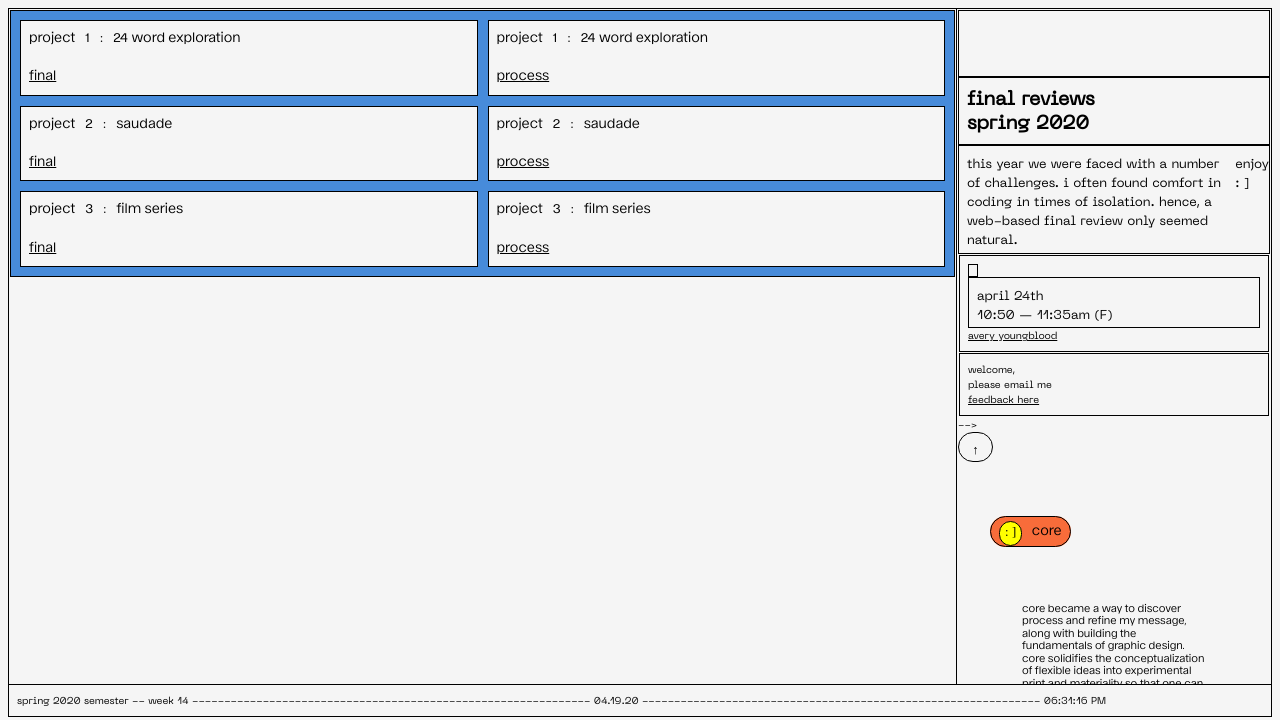
Repository: ayoungblood2/Spring-Semester-2020
Page: index v2/classes/core.html
An editor plug-in stored every save of this project. The page is shown before and after the next save, followed by the edit.
The browser window is 1280 px wide. The pictures show the whole page.
Some web libraries are served in a nearby version.

Above is the page before, as saved 2020-04-19 19:45:48.

### index v2/classes/core.html
<html lang="en">

    <head>

        <meta charset="UTF-8">
        <meta name="viewport" content="width=device-width, initial-scale=1.0">
        <meta http-equiv="X-UA-Compatible" content="ie=edge">
        <link rel="stylesheet" href="/index v2/assets/css/main.css">

        <link rel="apple-touch-icon" sizes="180x180" href="/index v2/assets/icon/favicon_io/apple-touch-icon.png">
        <link rel="icon" type="image/png" sizes="32x32" href="/index v2/assets/icon/favicon_io/favicon-32x32.png">
        <link rel="icon" type="image/png" sizes="16x16" href="/index v2/assets/icon/favicon_io/favicon-16x16.png">

        <!-- <META HTTP-EQUIV="refresh" CONTENT="5; URL=http://127.0.0.1:5500/index%20v2/index2.html"> -->


        <title> : ] [ :</title>


    </head>

    <body class="none">


        <div id="coords" data-html2canvas-ignore="true" style="color: black; top: 747px; left: 58px;">click(48,737)
        </div>


        <main class="Main">

            <!-- <header class="PageHeader PageHeader--home">

                <section class="PageHeader-classInfo">
                    april 24th
                    <br>10:50 — 11:35am (F)
                    <br><a href="https://www.art.yale.edu/AveryYoungblood" target="_blank"
                        class="PageHeader--link">avery
                        youngblood</a>
                </section>
            </header>

            <header class="PageHeader PageHeader--home">
                <section class="PageHeader-classInfo">
                    welcome,
                    <br> please email me
                    <br><a href="avery.youngblood@yale.edu" class="PageHeader--link">feedback here</a>
                </section>
            </header> -->




            <header class="grid-container">
                <a href="/index v2/classes/core-prct1-1.html" class="PageHeader--link--2">
                    <section class="grid-item">
                        project&nbsp;&nbsp;&nbsp;1&nbsp;&nbsp;&nbsp;:&nbsp;&nbsp;&nbsp;24 word
                        exploration
                        <br>&nbsp;
                        <br><span style="text-decoration: underline;">final</span>
                    </section>
                </a>

                <a href="/index v2/classes/core-prct1-2.html" class="PageHeader--link--2">
                    <section class="grid-item">
                        project&nbsp;&nbsp;&nbsp;1&nbsp;&nbsp;&nbsp;:&nbsp;&nbsp;&nbsp;24 word
                        exploration
                        <br>&nbsp;
                        <br><span style="text-decoration: underline;">process</span>
                    </section>
                </a>

                <a href="/index v2/classes/core-prct2-1.html" class="PageHeader--link--2">
                    <section class="grid-item">
                        project&nbsp;&nbsp;&nbsp;2&nbsp;&nbsp;&nbsp;:&nbsp;&nbsp;&nbsp;saudade
                        <br>&nbsp;
                        <br><span style="text-decoration: underline;">final</span>
                    </section>
                </a>

                <a href="/index v2/classes/core-prct2-2.html" class="PageHeader--link--2">
                    <section class="grid-item">
                        project&nbsp;&nbsp;&nbsp;2&nbsp;&nbsp;&nbsp;:&nbsp;&nbsp;&nbsp;saudade
                        <br>&nbsp;
                        <br><span style="text-decoration: underline;">process</span>
                    </section>
                </a>

                <a href="/index v2/classes/core-prct3-1.html" class="PageHeader--link--2">
                    <section class="grid-item">
                        project&nbsp;&nbsp;&nbsp;3&nbsp;&nbsp;&nbsp;:&nbsp;&nbsp;&nbsp;film series
                        <br>&nbsp;
                        <br><span style="text-decoration: underline;">final</span>
                    </section>
                </a>

                <a href="/index v2/classes/core-prct3-2.html" class="PageHeader--link--2">
                    <section class="grid-item">
                        project&nbsp;&nbsp;&nbsp;3&nbsp;&nbsp;&nbsp;:&nbsp;&nbsp;&nbsp;film series
                        <br>&nbsp;
                        <br><span style="text-decoration: underline;">process</span>
                    </section>
                </a>

            </header>

        </main>





        <header class="Header">

            <a href="/index v2/index2.html" class="Header-link">
                <div class="wrapper">

                    <span class="Header-title">
                        <h2>
                            <span class="Header-span">final reviews</span>
                            <span class="Header-span">spring 2020</span></h2>
                        <br>
                        <div class="content">
                            <p> this year we were faced with a number of challenges.
                                i often found comfort in coding in times of isolation.
                                hence, a web-based final review only seemed natural. </p>
                            <p> enjoy : ] </p>

                    </span>
                    </span>
                    <header class="PageHeader PageHeader--home">

                        <section class="PageHeader-classInfo">
                            april 24th
                            <br>10:50 — 11:35am (F)
                            <br><a href="https://www.art.yale.edu/AveryYoungblood" target="_blank" class="PageHeader--link">avery
                                youngblood</a>
                        </section>
                    </header>

                    <header class="PageHeader PageHeader--home">
                        <section class="PageHeader-classInfo">
                            welcome,
                            <br> please email me
                            <br><a href="avery.youngblood@yale.edu" class="PageHeader--link">feedback here</a>
                        </section>
                    </header> -->
                </div>

                </div>
                <button onClick="window.location.href=window.location.href" class="Header-arrow">
                    ↑
                </button>


            </a>


            <nav class="Nav is-home">

                <ul class="Nav-list">

                    <li class="Nav-item ">
                        <span>
                            <a href="/index v2/index2.html" class="Nav-link-2" href="#" data-target="core">
                                core
                            </a>
                        </span>
                        <img src="/index v2/classes/core/project1/Avery_Slang_BW.png"
                            style="width:150%;transform:rotate(20deg);" class="page-header" />

                    </li>

                    <li class="more">
                        core became a way to discover process and refine my message, along with building the
                        fundamentals of graphic design.
                        core solidifies the conceptualization of flexible ideas into experimental print and
                        materiality so that one can understand the motive behind your own work.
                        <br><br><br>
                        <p>--&nbsp;&nbsp;project&nbsp;&nbsp;&nbsp;1&nbsp;&nbsp;&nbsp;:&nbsp;&nbsp;&nbsp;24 word
                            exploration</p>
                        <br>
                        <p>--&nbsp;&nbsp;project&nbsp;&nbsp;2&nbsp;&nbsp;&nbsp;:&nbsp;&nbsp;&nbsp;saudade event</p>
                        <br>
                        <p>--&nbsp;&nbsp;project&nbsp;&nbsp;3&nbsp;&nbsp;&nbsp;:&nbsp;&nbsp;&nbsp;film posters</p>
                    </li>





                    <li class="Nav-item ">
                        <span>
                            <a href="open projects on left-hand side and make smile icon big"
                                class="Nav-link view-more view-less" href="#" data-target="history">
                                history
                            </a>
                        </span>
                        <img src="/index v2/classes/history/other images/event_default_31_1.jpg"
                            style="width:60%;transform:rotate(-50deg);margin:50px;" />
                        <ul id="history" class="viewing-less">

                            <li class="more">
                                this semester history provided me with context for design. instead of conceptualizing
                                from
                                personal ideation,
                                my process became reversed in history of graphic design. i found myself working from
                                historical references first,
                                then contextualizing into my own design language.
                                <br><br><br>
                                <p>--&nbsp;&nbsp;project&nbsp;&nbsp;&nbsp;1&nbsp;&nbsp;&nbsp;:&nbsp;&nbsp;&nbsp;sf
                                    psychedelic rock posters</p>
                                <br>
                                <p>--&nbsp;&nbsp;project&nbsp;&nbsp;2&nbsp;&nbsp;&nbsp;:&nbsp;&nbsp;&nbsp;designer
                                    accordion
                                </p>
                                <br>
                                <p>--&nbsp;&nbsp;project&nbsp;&nbsp;3&nbsp;&nbsp;&nbsp;:&nbsp;&nbsp;&nbsp;reading</p>
                                <br>
                                <p>--&nbsp;&nbsp;project&nbsp;&nbsp;4&nbsp;&nbsp;&nbsp;:&nbsp;&nbsp;&nbsp;research &
                                    resources</p>
                            </li>
                        </ul>
                    </li>


                    <li class="Nav-item ">
                        <span>
                            <a href="open projects on left-hand side and make smile icon big"
                                class="Nav-link view-more view-less" href="#" data-target="interact">
                                interactive
                            </a>
                        </span>
                        <img src="/index v2/classes/interactive/web-as-site.png"
                            style="width:70%;transform:rotate(2deg);margin-top:300px;margin-left:300px;" />
                        <ul id="interact" class="viewing-less">

                            <li class="more">
                                we covered a lot in interactive this semester.
                                i've been actively learning HTML, CSS, and JavaScript, and experimenting ways to
                                introduce
                                these methods into my everyday studio practice.
                                the readings we had about the internet and the relationship to
                                embodied experience were eye-opening discussions.
                                everything of what i thought web-design "should-be" vanished. all expectations and
                                rules,
                                gone.
                                i learned there is a space for art in the web-space.
                                i appreciate the freedom of expression and encouragement of creativity from
                                conceptually-driven prompts in this class.
                                i want to incorporate this new perspective of organizing and translating design/process
                                into
                                an interactive space.
                                <br><br><br>
                                <p>--&nbsp;&nbsp;project&nbsp;&nbsp;&nbsp;1&nbsp;&nbsp;&nbsp;:&nbsp;&nbsp;&nbsp;list</p>
                                <br>
                                <p>--&nbsp;&nbsp;project&nbsp;&nbsp;2&nbsp;&nbsp;&nbsp;:&nbsp;&nbsp;&nbsp;clock</p>
                                <br>
                                <p>--&nbsp;&nbsp;project&nbsp;&nbsp;3&nbsp;&nbsp;&nbsp;:&nbsp;&nbsp;&nbsp;reading &
                                    resources</p>
                            </li>
                        </ul>
                    </li>


                    <li class="Nav-item ">
                        <span>
                            <a href="open projects on left-hand side and make smile icon big"
                                class="Nav-link view-more view-less" href="#" data-target="print">
                                printmaking
                            </a>
                        </span>
                        <img src="/index v2/classes/printmaking/reference pics/Screen Shot 2020-04-16 at 5.17.14 AM.png"
                            style="width:50%;transform:rotate(20deg);margin-top:200px;margin-left:10px;" />
                        <ul id="print" class="viewing-less">

                            <li class="more">
                                printmaking considers ways in which multiplicity, circulation, and archives have
                                functioned
                                within contemporary print based artworks.
                                We had visits to on-campus collections, collaborative studio work, and in class
                                discussions
                                of pertinent texts aim to place the
                                making of printed media within an expansive field of art practices.
                                Although, the second part of the semester was to focus on
                                how these concepts, materials, and forms connect to our own individual studio practices
                                through projects and printshop demonstrations focusing on the stencil and the book (we
                                still
                                had discussions of what we'd like to pursue in the future).
                                <br><br><br>
                                <p>--&nbsp;&nbsp;project&nbsp;&nbsp;&nbsp;1&nbsp;&nbsp;&nbsp;:&nbsp;&nbsp;&nbsp;reading
                                </p>
                                <br>
                                <p>--&nbsp;&nbsp;project&nbsp;&nbsp;2&nbsp;&nbsp;&nbsp;:&nbsp;&nbsp;&nbsp;research &
                                    resources</p>
                                <br>
                                <p>--&nbsp;&nbsp;project&nbsp;&nbsp;3&nbsp;&nbsp;&nbsp;:&nbsp;&nbsp;&nbsp;chapel street
                                    pole
                                </p>
                                <br>
                                <p>--&nbsp;&nbsp;project&nbsp;&nbsp;4&nbsp;&nbsp;&nbsp;:&nbsp;&nbsp;&nbsp;commissioned
                                    publication</p>
                            </li>
                        </ul>
                    </li>


                    <li class="Nav-item ">
                        <span>
                            <a href="open projects on left-hand side and make smile icon big"
                                class="Nav-link view-more view-less" href="#" data-target="ind">
                                independent
                            </a>
                        </span>
                        <img src="/index v2/classes/independent/we-need-to-talk/Screen Shot 2020-04-18 at 4.32.22 AM.png"
                            style="width:80%;transform:rotate(-63deg);margin:20px;" />
                        <ul id="ind" class="viewing-less">

                            <li class="more">
                                collaboration on all fronts. alvin (prelim GD) and amina (1st yr sculpture) became my
                                close
                                allies this semester.
                                our personal interests led the way in cultivating close-relationships,
                                along with intriguing long-term projects that i'm excited to continue and develop over
                                the
                                years.
                                <br>
                                the second half of the semester my attention and time became devoted to the covid-19
                                cause -
                                writing
                                and meeting and organizing 24/7 to work towards active nationwide solutions for the
                                future
                                of education.
                                <br><br><br>
                                <p>--&nbsp;&nbsp;project&nbsp;&nbsp;&nbsp;1&nbsp;&nbsp;&nbsp;:&nbsp;&nbsp;&nbsp;we-need-to-talk
                                </p>
                                <br>
                                <p>--&nbsp;&nbsp;project&nbsp;&nbsp;2&nbsp;&nbsp;&nbsp;:&nbsp;&nbsp;&nbsp;sonic rupture
                                </p>
                                <br>
                                <p>--&nbsp;&nbsp;project&nbsp;&nbsp;3&nbsp;&nbsp;&nbsp;:&nbsp;&nbsp;&nbsp;log & letters
                                </p>
                            </li>
                        </ul>
                    </li>
            </nav>

        </header>

        <span class="TimeStamp">spring semester week 01 04.15.20 05:07:06 PM</span>

        <script src="//ajax.googleapis.com/ajax/libs/jquery/1.7.1/jquery.min.js" type="text/javascript"></script>
        <script src="https://cdnjs.cloudflare.com/ajax/libs/moment.js/2.20.1/moment.min.js"></script>
        <script src="/index v2/assets/js/main.js"></script>
        <script src="/index v2/assets/js/scripts.js"></script>
        <script src="/index v2/assets/js/html2canvas.js"></script>




    </body>


</html>

<!-- yale school of art --
graphic design --
preliminary year --
final reviews --
spring 2020 -->

Loaded but not shown: index v2/assets/js/html2canvas.js (library); index v2/assets/js/scripts.js (193 lines, source omitted); index v2/assets/js/main.js (113 lines, source omitted); index v2/assets/css/main.css (1061 lines, source omitted)

After the next save:
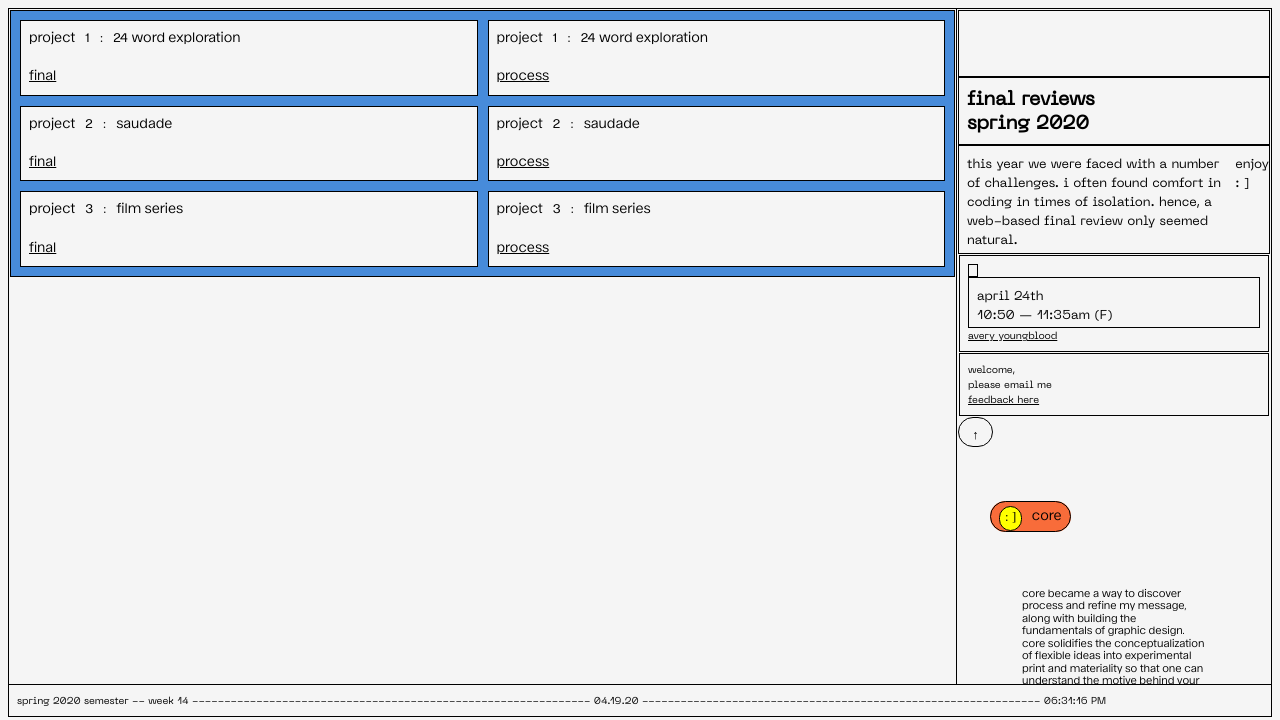
Saved 11 s later.
--- a/index v2/classes/core.html
+++ b/index v2/classes/core.html
@@ -143,7 +143,7 @@
                             <br> please email me
                             <br><a href="avery.youngblood@yale.edu" class="PageHeader--link">feedback here</a>
                         </section>
-                    </header> -->
+                    </header>
                 </div>
 
                 </div>
